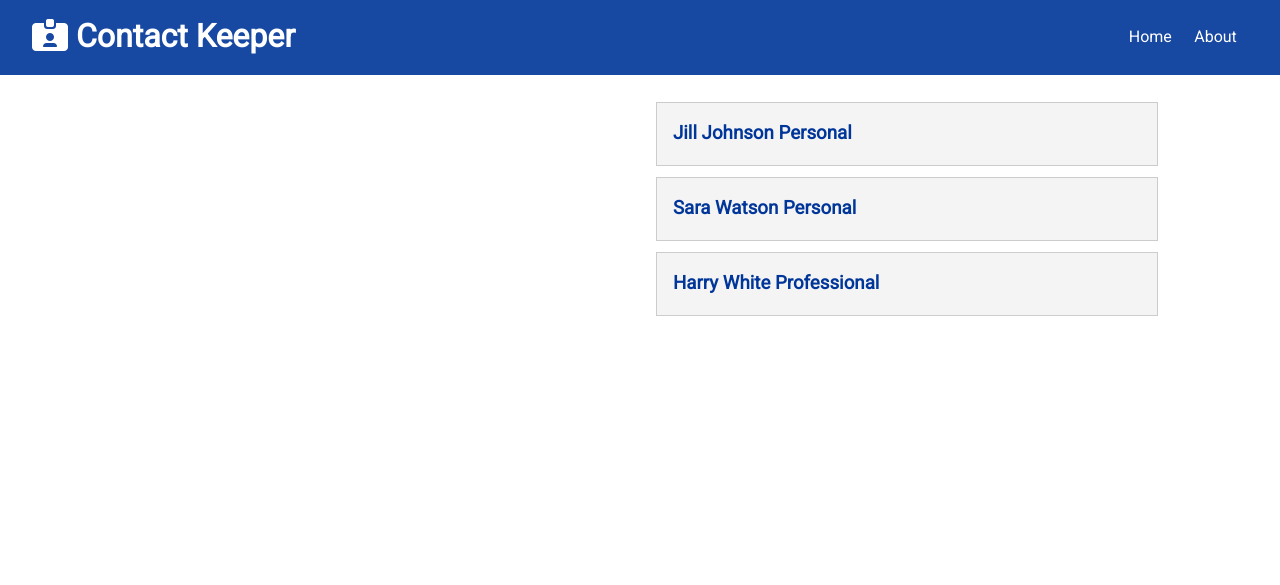
Repository: ntsangani/contact-keeper
Page: / (app in client/)
These files come from the project's save history. The page is drawn as it stood at one moment and after the next save; the edit follows.
The browser window is 1280 px wide. The pictures show the whole page.
Some icons come from a web library that is not loaded, so they are not drawn. Some web libraries are served in a nearby version. The project was rebuilt for these pictures with package versions that can differ from the ones it lists, and the page was loaded fresh each time. A package was used in the major version that the imports need, not the one package.json lists. Also part of the build but not shown: client/src/components/layout/pages/About.js.

Above is the page before, as saved 2020-06-17 02:49:05.

### client/public/index.html
<!DOCTYPE html>
<html lang="en">
  <head>
    <meta charset="utf-8" />
    <link rel="icon" href="%PUBLIC_URL%/favicon.ico" />
    <meta name="viewport" content="width=device-width, initial-scale=1" />
    <meta name="theme-color" content="#000000" />
    <meta
      name="description"
      content="Web site created using create-react-app"
    />
    <link rel="apple-touch-icon" href="%PUBLIC_URL%/logo192.png" />

    <link rel="manifest" href="%PUBLIC_URL%/manifest.json" />
    <script
      src="https://kit.fontawesome.com/2474695be0.js"
      crossorigin="anonymous"
    ></script>
    <title>ContactKeeper | Keep track of your contacts</title>
  </head>
  <body>
    <noscript>You need to enable JavaScript to run this app.</noscript>
    <div id="root"></div>
  </body>
</html>

### client/src/App.js
import React, { Fragment } from "react";
import { BrowserRouter as Router, Route, Switch } from "react-router-dom";
import Navbar from "./components/layout/Navbar";
import Home from "./components/layout/pages/Home";
import About from "./components/layout/pages/About";

import ContactState from "./context/contact/ContactState";

import "./App.css";

const App = () => {
  return (
    <ContactState>
      <Router>
        <Fragment>
          <Navbar />
          <div className="container">
            <Switch>
              <Route exact path="/" component={Home} />
              <Route exact path="/about" component={About} />
            </Switch>
          </div>
        </Fragment>
      </Router>
    </ContactState>
  );
};

export default App;

### client/src/components/layout/Navbar.js
import React from "react";
import PropTypes from "prop-types";
import { Link } from "react-router-dom";

const Navbar = ({ title, icon }) => {
  return (
    <div className="navbar bg-primary">
      <h1>
        <i className={icon} /> {title}
      </h1>
      <ul>
        <li>
          <Link to="/">Home</Link>
        </li>
        <li>
          <Link to="/about">About</Link>
        </li>
      </ul>
    </div>
  );
};

Navbar.propTypes = {
  title: PropTypes.string.isRequired,
  icon: PropTypes.string,
};

Navbar.defaultProps = {
  title: "Contact Keeper",
  icon: "fas fa-id-card-alt",
};
export default Navbar;

### client/src/components/layout/pages/Home.js
import React from "react";
import Contacts from "../../contacts/Contacts";

const Home = () => {
  return (
    <div className="grid-2">
      <div>{/* ContactForm */}</div>
      <div>
        <Contacts />
      </div>
    </div>
  );
};

export default Home;

### client/src/context/contact/ContactState.js
import React, { useReducer } from "react";
import uuid from "uuid";
import ContactContext from "./contactContext";
import contactReducer from "./contactReducer";
import {
  ADD_CONTACT,
  DELETE_CONTACT,
  SET_CURRENT,
  CLEAR_CURRENT,
  UPDATE_CONTACT,
  FILTER_CONTACT,
  CLEAR_FILTER,
} from "../types";

const ContactState = (props) => {
  const initialState = {
    contacts: [
      {
        id: 1,
        name: "Jill Johnson",
        email: "jill@gmail.com",
        phone: "111-111-1111",
        type: "personal",
      },
      {
        id: 2,
        name: "Sara Watson",
        email: "sara@gmail.com",
        phone: "222-222-2222",
        type: "personal",
      },
      {
        id: 3,
        name: "Harry White",
        email: "harry@gmail.com",
        phone: "333-333-3333",
        type: "professional",
      },
    ],
  };

  const [state, dispatch] = useReducer(contactReducer, initialState);

  //Add Contact

  //Delete Contact

  //Set Current Contact

  //Clear Current Contact

  //Update Contact

  //Filter Contacts

  //Clear Filter

  return (
    <ContactContext.Provider
      value={{
        contacts: state.contacts,
      }}
    >
      {props.children}
    </ContactContext.Provider>
  );
};

export default ContactState;

### client/src/components/contacts/Contacts.js
import React, { Fragment, useContext } from "react";
import ContactItem from "./ContactItem";
import ContactContext from "../../context/contact/contactContext";

const Contacts = () => {
  const contactContext = useContext(ContactContext);

  const { contacts } = contactContext;

  return (
    <Fragment>
      {contacts.map((contact) => (
        <ContactItem key={contact.id} contact={contact} />
      ))}
    </Fragment>
  );
};

export default Contacts;

### client/src/context/types.js
export const ADD_CONTACT = "ADD_CONTACT";
export const DELETE_CONTACT = "DELETE_CONTACT";
export const SET_CURRENT = "SET_CURRENT";
export const CLEAR_CURRENT = "CLEAR_CURRENT";
export const UPDATE_CONTACT = "UPDATE_CONTACT";
export const FILTER_CONTACT = "FILTER_CONTACT";
export const CLEAR_FILTER = "CLEAR_FILTER";
export const SET_ALERT = "SET_ALERT";
export const REMOVE_ALERT = "REMOVE_ALERT";

### client/src/components/contacts/ContactItem.js
import React from "react";

const ContactItem = ({ contact }) => {
  const { id, name, email, phone, type } = contact;

  return (
    <div className="card bg-light">
      <h3 className="text-primary text-left">
        {name}{" "}
        <span
          className={
            "badge" +
            (type === "professional" ? "badge-success" : "badge-primary")
          }
        >
          {type.charAt(0).toUpperCase() + type.slice(1)}
        </span>
      </h3>
    </div>
  );
};

export default ContactItem;

Loaded but not shown: client/src/index.js (common file); client/src/App.css (common file); client/src/context/contact/contactContext.js (common file); client/src/context/contact/contactReducer.js (no stored copy; drawn as an empty file)

After the next save:
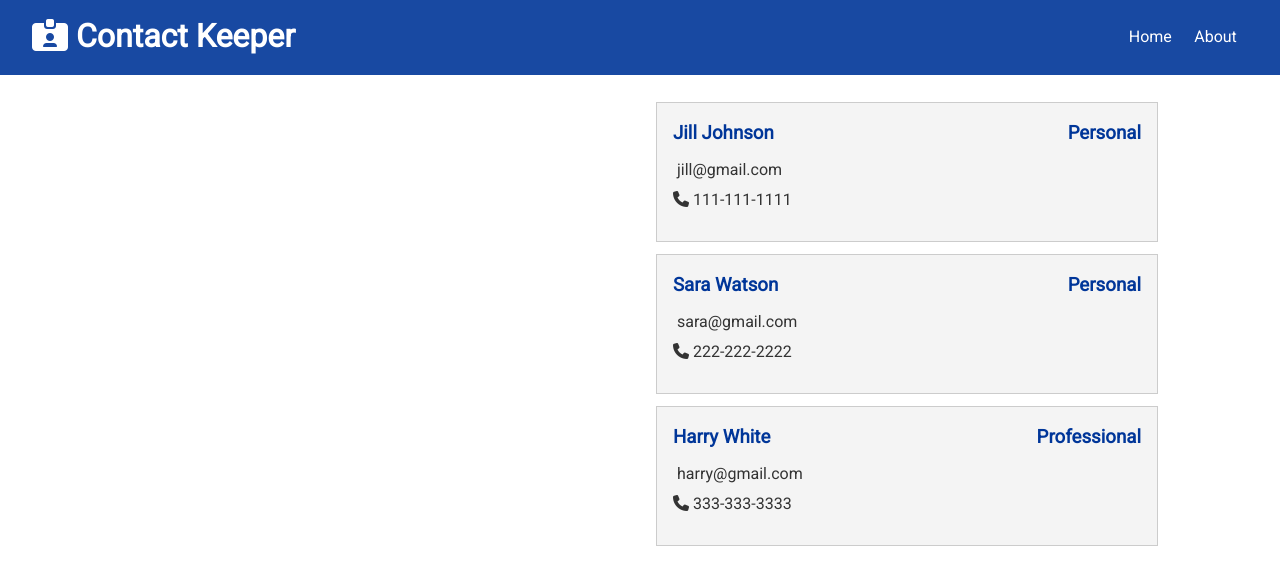
Saved 5 min 20 s later.
--- a/client/src/components/contacts/ContactItem.js
+++ b/client/src/components/contacts/ContactItem.js
@@ -8,6 +8,7 @@ const ContactItem = ({ contact }) => {
       <h3 className="text-primary text-left">
         {name}{" "}
         <span
+          style={{ float: "right" }}
           className={
             "badge" +
             (type === "professional" ? "badge-success" : "badge-primary")
@@ -16,6 +17,18 @@ const ContactItem = ({ contact }) => {
           {type.charAt(0).toUpperCase() + type.slice(1)}
         </span>
       </h3>
+      <ul className="list">
+        {email && (
+          <li>
+            <i className="fas fa-enveloped-open"></i> {email}
+          </li>
+        )}
+        {phone && (
+          <li>
+            <i className="fas fa-phone" /> {phone}
+          </li>
+        )}
+      </ul>
     </div>
   );
 };
